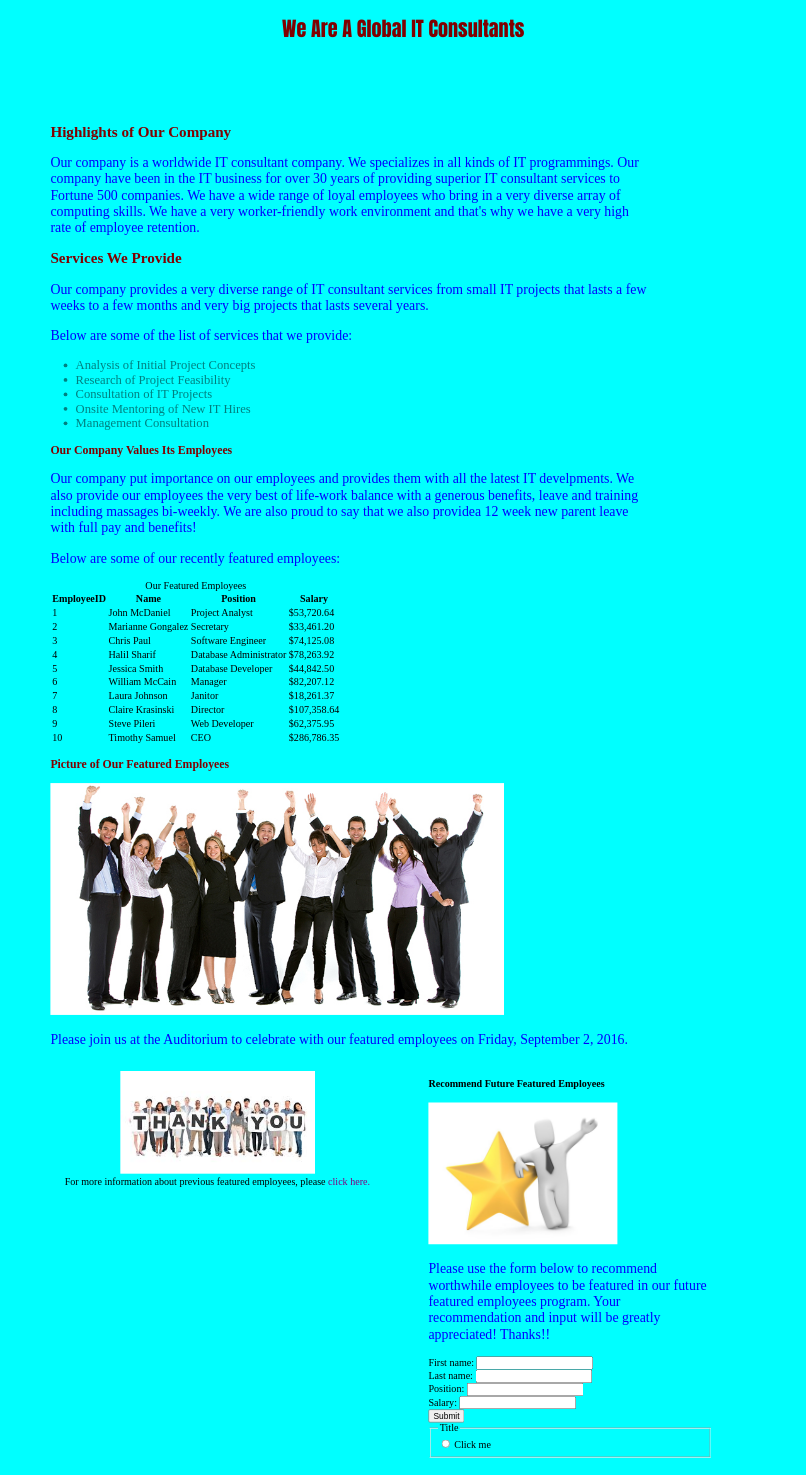
Repository: myjavaweb2/Week5JDBCAssignments
Page: myweek4project/src/main/webapp/index.html
An editor plug-in stored every save of this project. The page is shown before and after the next save, followed by the edit.
The browser window is 1280 px wide. The pictures show the whole page, at 63% of full size.

Above is the page before, as saved 2016-08-26 18:38:07.

After the next save:
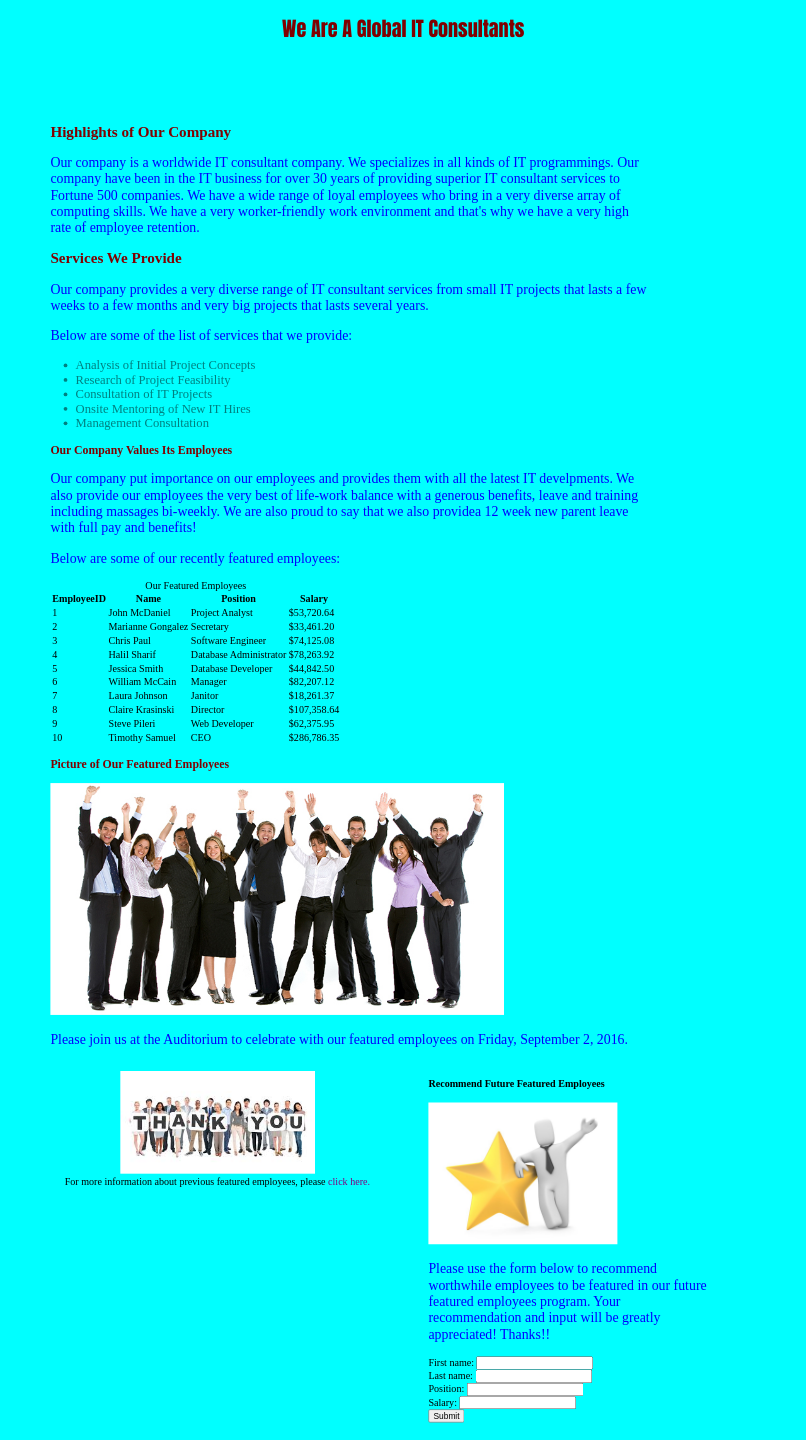
Saved 91 s later.
--- a/myweek4project/src/main/webapp/index.html
+++ b/myweek4project/src/main/webapp/index.html
@@ -149,18 +149,8 @@ be greatly appreciated! Thanks!!</p>
   <label for="POST-salary">Salary:</label>
   <input id="POST-salary" type="text"><br>
 
-
   <input type="submit" value="Submit">
 </form>
-
-<!-- Form with fieldset, legend, and label -->
-<form action="" method="post">
-  <fieldset>
-    <legend>Title</legend>
-    <input type="radio" id="radio"> <label for="radio">Click me</label>
-  </fieldset>
-</form>
-
 
 </aside>
 
